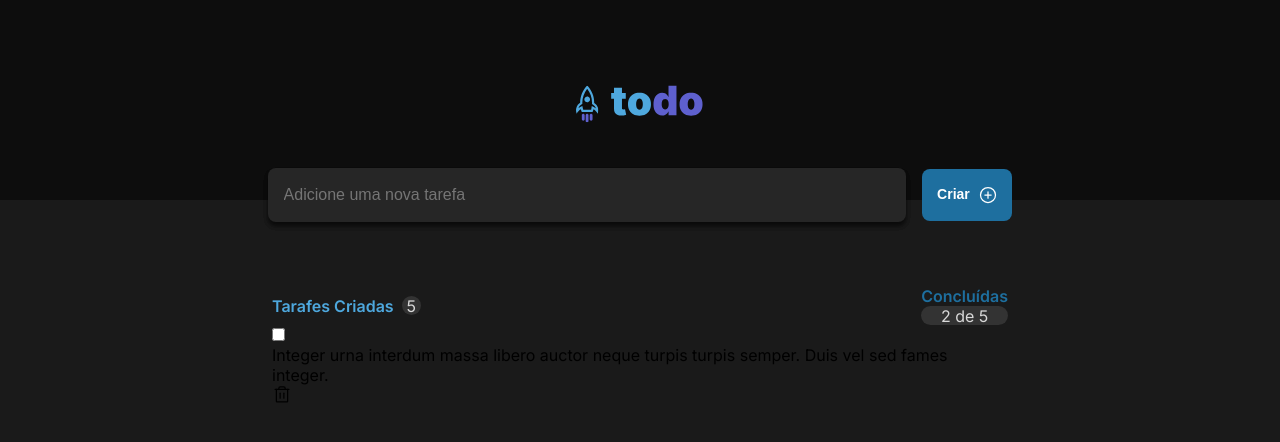
Repository: guilhermecardoso93/todolistreact
Page: /
These files come from the project's save history. The page is drawn as it stood at one moment and after the next save; the edit follows.
The browser window is 1280 px wide. The pictures show the whole page.
The project was rebuilt for these pictures with package versions that can differ from the ones it lists, and the page was loaded fresh each time. Also part of the build but not shown: vite.config.ts.

Above is the page before, as saved 2022-07-02 19:16:48.

After the next save:
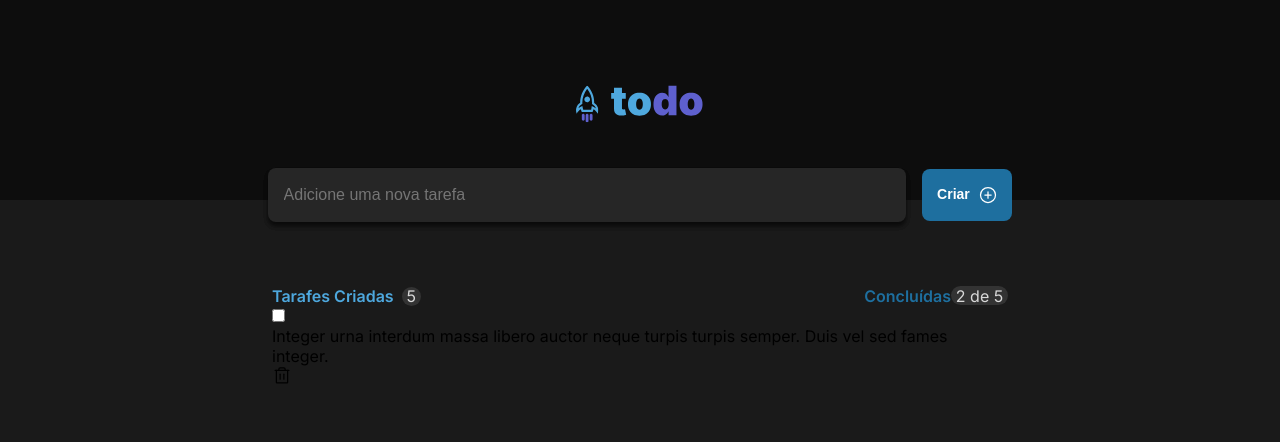
Saved 19 s later.
--- a/src/TasksList.tsx
+++ b/src/TasksList.tsx
@@ -10,7 +10,7 @@ export function TaskList() {
           <p className={styles.titlesMakeTitle}>Tarafes Criadas</p>
           <p className={styles.titlesMakeTitleNumber}> 5 </p>
         </div>
-        <div className={styles.titlesDone}>
+        <div className={styles.titles}>
           <p className={styles.titlesDoneTitle}>Concluídas</p>
           <p className={styles.titlesDoneTitleNumber}> 2 de 5 </p>
         </div>
